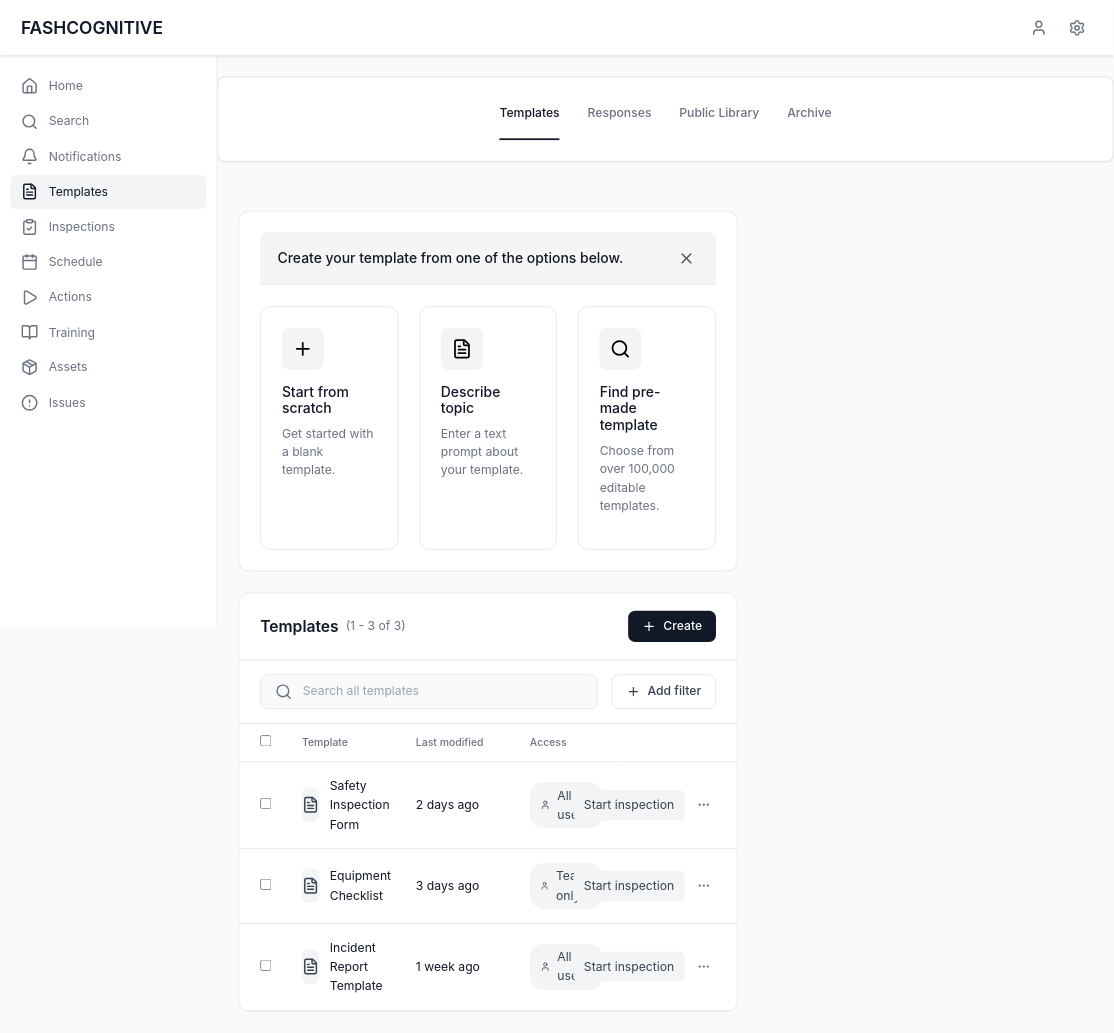
Repository: loganand612/fashcognitive-intern
Page: /template (app in fash/)
These files come from the project's save history. The page is drawn as it stood at one moment and after the next save; the edit follows.
The browser window is 1280 px wide. The pictures show the whole page, at 87% of full size.
The project was rebuilt for these pictures with package versions that can differ from the ones it lists, and the page was loaded fresh each time. Also part of the build but not shown: fash/src/pages/Login.css, fash/src/pages/Register.css, fash/src/pages/Home.tsx, fash/src/pages/Login.tsx, fash/src/pages/Register.tsx, fash/src/pages/Home2.tsx, fash/src/pages/Create_template.tsx, fash/src/pages/Dashboard.tsx. Imported but missing from the stored project, and not drawn on this page: fash/src/pages/assets/head1.mp4.

Above is the page before, as saved 2025-04-12 18:23:51.

### fash/src/index.tsx
import React from 'react';
import ReactDOM from 'react-dom/client';

// Import third-party styles first
import 'bootstrap/dist/css/bootstrap.min.css';
import '@fortawesome/fontawesome-free/css/all.min.css';

// Import page-specific styles last
import './pages/Home.css';
import './pages/Home2.css';
import './pages/Login.css';
import './pages/Register.css';
import './pages/Dashboard.css';
import './pages/Template.css';
import './pages/Create_template.css';

import App from './App';
import reportWebVitals from './reportWebVitals';

const root = ReactDOM.createRoot(
  document.getElementById('root') as HTMLElement
);
root.render(
  <React.StrictMode>
    <App />
  </React.StrictMode>
);

// If you want to start measuring performance in your app, pass a function
// to log results (for example: reportWebVitals(console.log))
// or send to an analytics endpoint. Learn more: https://bit.ly/CRA-vitals
reportWebVitals();

### fash/src/pages/Home.css
/* Reset & Base Styles */
* {
  margin: 0;
  padding: 0;
  box-sizing: border-box;
  font-family: -apple-system, BlinkMacSystemFont, 'Segoe UI', Roboto, sans-serif;
}

body {
  font-family: -apple-system, BlinkMacSystemFont, 'Segoe UI', Roboto, sans-serif;
  background-color: #f8f9fe;
  color: #1f2937;
  line-height: 1.5;
}

/* Layout */
.page-wrapper {
  min-height: 100vh;
  display: flex;
  flex-direction: column;
}

.content-wrapper {
  display: flex;
  flex: 1;
  position: relative;
}

/* Navigation */
.navbar {
  background: white;
  height: 64px;
  padding: 0 2rem;
  box-shadow: 0 1px 3px rgba(0,0,0,0.1);
  display: flex;
  align-items: center;
  justify-content: space-between;
  position: fixed;
  top: 0;
  left: 0;
  right: 0;
  z-index: 1000;
}

.logo {
  font-weight: bold;
  font-size: 1.5rem;
  color: #302d2d;
  text-decoration: none;
  transition: all 0.3s ease;
}

.logo:hover {
  color: #2563eb;
}

.nav-links {
  display: flex;
  gap: 1rem;
  align-items: center;
}

/* Buttons */
.btn {
  padding: 0.5rem 1rem;
  border-radius: 0.375rem;
  border: none;
  cursor: pointer;
  font-size: 0.875rem;
  font-weight: 500;
  text-decoration: none;
  transition: all 0.3s ease;
}

.btn-primary {
  background: #3b82f6;
  color: white;
}

.btn-primary:hover {
  background: #c0ceec;
}

.btn-secondary {
  background: #ffffff;
  border: 1px solid #e5e7eb;
  color: #4b5563;
}

.btn-secondary:hover {
  background: #d2d5da;
}

/* Language Selector */
.language-select {
  position: relative;
}

.language-btn {
  display: flex;
  align-items: center;
  gap: 0.5rem;
  padding: 0.5rem 1rem;
  border: 1px solid #e5e7eb;
  border-radius: 1.5rem;
  background: white;
  cursor: pointer;
  transition: all 0.3s ease;
}

.language-btn:hover {
  border-color: #3b82f6;
}

.language-dropdown {
  position: absolute;
  top: calc(100% + 0.5rem);
  right: 0;
  background: white;
  border-radius: 0.5rem;
  box-shadow: 0 4px 6px rgba(0,0,0,0.1);
  padding: 0.5rem 0;
  display: none;
  min-width: 150px;
  z-index: 1000;
}

.language-select:hover .language-dropdown {
  display: block;
}

.language-option {
  padding: 0.5rem 1rem;
  cursor: pointer;
  transition: all 0.3s ease;
}

.language-option:hover {
  background: #f8f9fe;
  color: #3b82f6;
}

/* Notification Badge */
.notification-badge {
  position: relative;
}

.notification-badge::after {
  content: '';
  position: absolute;
  top: -2px;
  right: -2px;
  width: 8px;
  height: 8px;
  background-color: #ef4444;
  border-radius: 50%;
  border: 2px solid white;
}

/* Sidebar */
.sidebar {
  width: 250px;
  background: white;
  height: calc(100vh - 64px);
  position: fixed;
  top: 64px;
  left: 0;
  padding: 1.5rem 1rem;
  border-right: 1px solid #e5e7eb;
  overflow-y: auto;
  z-index: 100;
}

.sidebar-link {
  display: flex;
  align-items: center;
  padding: 0.75rem 1rem;
  color: #4b5563;
  text-decoration: none;
  border-radius: 0.5rem;
  margin-bottom: 0.5rem;
  transition: all 0.3s ease;
}

.sidebar-link:hover {
  background: #f8f9fe;
  color: #3b82f6;
}

.sidebar-link.active {
  background: #3b82f6;
  color: white;
}

/* Main Content */
.main-content {
  margin-left: 250px;
  margin-top: 64px;
  padding: 5rem;
  width: calc(100% - 250px);
  min-height: calc(100vh - 64px);
}

.landing-content {
  display: flex;
  justify-content: space-between;
  align-items: center;
  gap: 4rem;
  max-width: 1200px;
  margin: 0 auto;
}

.content-left {
  flex: 1;
}

.content-left h1 {
  font-size: 2.5rem;
  color: #1f2937;
  margin-bottom: 2rem;
  line-height: 1.2;
}

.feature-list {
  list-style: none;
}

.feature-list li {
  display: flex;
  align-items: center;
  gap: 1rem;
  margin-bottom: 1rem;
  color: #4b5563;
}

.feature-list li::before {
  content: "";
  width: 20px;
  height: 20px;
  background: #3b82f6;
  border-radius: 50%;
  opacity: 0.2;
}

.qr-container {
  background: white;
  padding: 1rem;
  border-radius: 20px;
  box-shadow: 0 10px 15px rgba(0,0,0,0.1);
  transition: all 0.3s ease;
}

.qr-container:hover {
  transform: translateY(-5px);
  box-shadow: 0 4px 6px rgba(0,0,0,0.1);
}

.qr-code {
  width: 100%;
  max-width: 300px;
}

/* Footer */
.footer {
  background: white;
  padding: 5rem 7rem;
  margin-top: auto;
  margin-left: 250px;
}

.footer-content {
  max-width: 1500px;
  margin: 0 auto;
  display: grid;
  grid-template-columns: repeat(4, 1fr);
  gap: 2rem;
}

.footer-section h3 {
  color: #3b82f6;
  margin-bottom: 1rem;
  font-size: 1.1rem;
}

.footer-section ul {
  list-style: none;
}

.footer-section ul li {
  margin-bottom: 0.5rem;
}

.footer-section ul li a {
  color: #4b5563;
  text-decoration: none;
  transition: all 0.3s ease;
}

.footer-section ul li a:hover {
  color: #3b82f6;
}

.footer-bottom {
  max-width: 1200px;
  margin: 2rem auto 0;
  padding-top: 6rem;
  border-top: 1px solid #e5e7eb;
  text-align: center;
}

.store-buttons {
  display: flex;
  justify-content: center;
  gap: 1rem;
  margin-top: 1rem;
}

.store-buttons img {
  height: 40px;
  transition: all 0.3s ease;
}

.store-buttons img:hover {
  transform: translateY(-2px);
}

/* Mobile Menu Button */
.mobile-menu-btn {
  display: none;
  padding: 0.5rem;
  cursor: pointer;
  background: none;
  border: none;
}

/* Responsive Design */
@media (max-width: 1024px) {
  .sidebar {
      width: 200px;
  }

  .main-content {
      margin-left: 200px;
      width: calc(100% - 200px);
  }

  .footer {
      margin-left: 200px;
  }
}

@media (max-width: 768px) {
  .navbar {
      padding: 0 1rem;
  }

  .mobile-menu-btn {
      display: block;
  }

  .nav-links {
      display: none;
  }

  .nav-links.active {
      display: flex;
      flex-direction: column;
      position: absolute;
      top: 64px;
      left: 0;
      right: 0;
      background: white;
      padding: 1rem;
      box-shadow: 0 4px 6px rgba(0,0,0,0.1);
  }

  .sidebar {
      transform: translateX(-100%);
      transition: transform 0.3s ease;
  }

  .sidebar.active {
      transform: translateX(0);
  }

  .main-content,
  .footer {
      margin-left: 0;
      width: 100%;
  }

  .landing-content {
      flex-direction: column;
      text-align: center;
      padding: 1rem;
  }

  .content-left h1 {
      font-size: 2rem;
  }

  .footer-content {
      grid-template-columns: repeat(2, 1fr);
  }
}

@media (max-width: 480px) {
  .footer-content {
      grid-template-columns: 1fr;
  }
}

### fash/src/pages/Dashboard.css
.dashboard-container {
  display: flex;
  flex-direction: column;
  min-height: 100vh;
}

/* Navbar */
.navbar {
  position: fixed;
  top: 0;
  left: 0;
  right: 0;
  height: 64px;
  background: white;
  border-bottom: 1px solid #e5e7eb;
  display: flex;
  align-items: center;
  justify-content: space-between;
  padding: 0 24px;
  z-index: 50;
}

.navbar-brand {
  font-size: 20px;
  font-weight: 600;
}

.navbar-actions {
  display: flex;
  gap: 8px;
}

.nav-button {
  padding: 8px;
  background: none;
  border: none;
  border-radius: 8px;
  color: #6b7280;
  cursor: pointer;
  transition: all 0.2s;
}

.nav-button:hover {
  background-color: #f3f4f6;
  color: #111827;
}

.nav-icon {
  width: 20px;
  height: 20px;
}

/* Sidebar */
.sidebar {
  position: fixed;
  top: 64px;
  left: 0;
  width: 250px;
  height: calc(100vh - 64px);
  background: white;
  border-right: 1px solid #e5e7eb;
  padding: 16px 12px;
  overflow-y: auto;
}

.sidebar-nav {
  display: flex;
  flex-direction: column;
  gap: 2px;
}

.nav-link {
  display: flex;
  align-items: center;
  padding: 8px 12px;
  color: #6b7280;
  text-decoration: none;
  border-radius: 6px;
  transition: all 0.2s;
}

.nav-link:hover {
  background-color: #f3f4f6;
  color: #111827;
}

.nav-link .nav-icon {
  margin-right: 12px;
}

/* Main Content */
.main-content {
  margin-left: 250px;
  margin-top: 64px;
  padding: 32px;
  background-color: #f9fafb;
  min-height: calc(100vh - 64px);
}

/* Header Section */
.header-section {
  display: flex;
  justify-content: space-between;
  align-items: center;
  margin-bottom: 24px;
}

.page-title {
  font-size: 24px;
  font-weight: 600;
  color: #111827;
}

.user-tags {
  display: flex;
  align-items: center;
  gap: 8px;
}

.user-tag {
  display: flex;
  align-items: center;
  justify-content: center;
  min-width: 32px;
  height: 32px;
  padding: 0 12px;
  background-color: #f3f4f6;
  border-radius: 16px;
  font-size: 14px;
  font-weight: 500;
  color: #374151;
}

.user-count {
  display: flex;
  align-items: center;
  justify-content: center;
  height: 32px;
  padding: 0 12px;
  background-color: #f3f4f6;
  border-radius: 16px;
  font-size: 14px;
  font-weight: 500;
  color: #374151;
}

.add-user-button {
  height: 32px;
  padding: 0 16px;
  background-color: #111827;
  color: white;
  border: none;
  border-radius: 16px;
  font-size: 14px;
  font-weight: 500;
  cursor: pointer;
  transition: background-color 0.2s;
}

.add-user-button:hover {
  background-color: #1f2937;
}

/* Summary Cards */
.summary-cards {
  display: grid;
  grid-template-columns: repeat(3, 1fr);
  gap: 24px;
  margin-bottom: 32px;
}

.summary-card {
  background: white;
  border: 1px solid #e5e7eb;
  border-radius: 12px;
  padding: 24px;
  display: flex;
  align-items: center;
  justify-content: space-between;
}

.card-content {
  display: flex;
  align-items: center;
  gap: 16px;
}

.card-icon {
  width: 48px;
  height: 48px;
  background: #f3f4f6;
  border-radius: 8px;
  display: flex;
  align-items: center;
  justify-content: center;
}

.card-icon .icon {
  width: 24px;
  height: 24px;
  color: #374151;
}

.card-info {
  display: flex;
  flex-direction: column;
}

.card-count {
  font-size: 24px;
  font-weight: 600;
  color: #111827;
  line-height: 1.2;
}

.card-label {
  font-size: 14px;
  color: #6b7280;
}

.card-sublabel {
  font-size: 12px;
  color: #9ca3af;
  margin-top: 2px;
}

.card-arrow {
  width: 20px;
  height: 20px;
  color: #9ca3af;
}

/* Recent Activity */
.recent-activity {
  background: white;
  border: 1px solid #e5e7eb;
  border-radius: 12px;
  overflow: hidden;
}

.section-title {
  font-size: 18px;
  font-weight: 600;
  color: #111827;
  padding: 20px 24px;
  border-bottom: 1px solid #e5e7eb;
}

.activity-list {
  display: flex;
  flex-direction: column;
}

.activity-item {
  display: flex;
  align-items: center;
  justify-content: space-between;
  padding: 16px 24px;
  border-bottom: 1px solid #e5e7eb;
}

.activity-item:last-child {
  border-bottom: none;
}

.activity-info {
  display: flex;
  flex-direction: column;
  gap: 4px;
}

.activity-title {
  font-size: 14px;
  font-weight: 500;
  color: #111827;
}

.activity-meta {
  display: flex;
  gap: 16px;
}

.meta-type,
.meta-date {
  font-size: 14px;
  color: #6b7280;
}

.status-badge {
  padding: 4px 12px;
  border-radius: 16px;
  font-size: 14px;
  font-weight: 500;
}

.status-badge.completed {
  background-color: #f3f4f6;
  color: #111827;
}

.status-badge.in-progress {
  background-color: #f3f4f6;
  color: #6b7280;
}

/* Responsive */
@media (max-width: 1024px) {
  .summary-cards {
    grid-template-columns: repeat(2, 1fr);
  }
}

@media (max-width: 768px) {
  .summary-cards {
    grid-template-columns: 1fr;
  }

  .sidebar {
    width: 64px;
  }

  .nav-link span {
    display: none;
  }

  .main-content {
    margin-left: 64px;
  }
}

### fash/src/pages/Template.css
.app-container {
  min-height: 100vh;
  display: flex;
  flex-direction: column;
  background-color: #f9fafb;
}

/* Navbar */
.navbar {
  position: fixed;
  top: 0;
  left: 0;
  right: 0;
  height: 64px;
  background: white;
  border-bottom: 1px solid #e5e7eb;
  display: flex;
  align-items: center;
  justify-content: space-between;
  padding: 0 24px;
  z-index: 50;
}

.navbar-brand {
  font-size: 20px;
  font-weight: 600;
  color: #111827;
}

.navbar-actions {
  display: flex;
  gap: 8px;
}

.nav-button {
  padding: 8px;
  background: none;
  border: none;
  border-radius: 8px;
  color: #6b7280;
  cursor: pointer;
  transition: all 0.2s;
  display: flex;
  align-items: center;
  justify-content: center;
}

.nav-button:hover {
  background-color: #f3f4f6;
  color: #111827;
}

/* Sidebar */
.sidebar {
  position: fixed;
  top: 64px;
  left: 0;
  width: 250px;
  height: calc(100vh - 64px);
  background: white;
  border-right: 1px solid #e5e7eb;
  padding: 16px 12px;
  overflow-y: auto;
  z-index: 40;
}

.sidebar-nav {
  display: flex;
  flex-direction: column;
  gap: 2px;
}

.nav-link {
  display: flex;
  align-items: center;
  gap: 12px;
  padding: 8px 12px;
  color: #6b7280;
  text-decoration: none;
  border-radius: 6px;
  transition: all 0.2s;
  font-size: 14px;
}

.nav-link:hover {
  background-color: #f3f4f6;
  color: #111827;
}

.nav-link.active {
  background-color: #f3f4f6;
  color: #111827;
}

/* Main Content */
.template-container {
  margin-left: 250px;
  margin-top: 64px;
  min-height: calc(100vh - 64px);
  background-color: #f9fafb;
  flex: 1;
  display: flex;
  flex-direction: column;
}

.template-header {
  position: sticky;
  top: 64px;
  background-color: white;
  border-bottom: 1px solid #e5e7eb;
  z-index: 30;
  margin-bottom: 0;
  width: 100%;
}

.template-tabs {
  max-width: 1200px;
  margin: 0 auto;
  display: flex;
  gap: 32px;
  padding: 0 32px;
  height: 48px; /* Fixed height for the tabs */
  align-items: center;
}

.tab {
  padding: 0 0 14px 0;
  font-size: 14px;
  font-weight: 500;
  color: #6b7280;
  background: none;
  border: none;
  border-bottom: 2px solid transparent;
  cursor: pointer;
  transition: all 0.2s;
  height: 100%;
  display: flex;
  align-items: center;
}

.tab:hover {
  color: #111827;
}

.tab.active {
  color: #111827;
  border-bottom-color: #111827;
}

.template-content {
  max-width: 1200px;
  width: 100%;
  margin: 0 auto;
  padding: 16px 32px;
  flex: 1;
}

/* Creation Section */
.creation-section {
  background: white;
  border-radius: 12px;
  border: 1px solid #e5e7eb;
  margin-top: 0;
  margin-bottom: 24px;
  padding: 24px;
  width: 100%;
}

.section-header {
  display: flex;
  justify-content: space-between;
  align-items: center;
  margin-bottom: 24px;
  width: 100%;
}

.section-header h2 {
  font-size: 16px;
  font-weight: 500;
  color: #111827;
  margin: 0;
}

.close-button {
  padding: 8px;
  background: none;
  border: none;
  border-radius: 8px;
  color: #6b7280;
  cursor: pointer;
  transition: all 0.2s;
  display: flex;
  align-items: center;
  justify-content: center;
}

.close-button:hover {
  background-color: #f3f4f6;
  color: #111827;
}

.creation-options {
  display: grid;
  grid-template-columns: repeat(3, 1fr);
  gap: 24px;
  width: 100%;
}

.option-card {
  background: white;
  border: 1px solid #e5e7eb;
  border-radius: 12px;
  padding: 24px;
  cursor: pointer;
  transition: all 0.2s;
  height: 100%;
  display: flex;
  flex-direction: column;
}

.option-card:hover {
  border-color: #9ca3af;
}

.option-icon {
  width: 48px;
  height: 48px;
  background: #f3f4f6;
  border-radius: 8px;
  display: flex;
  align-items: center;
  justify-content: center;
  margin-bottom: 16px;
  flex-shrink: 0;
}

.option-card h3 {
  font-size: 16px;
  font-weight: 500;
  color: #111827;
  margin-bottom: 8px;
  margin-top: 0;
}

.option-card p {
  font-size: 14px;
  color: #6b7280;
  line-height: 1.5;
}

/* Templates Section */
.templates-section {
  background: white;
  border-radius: 12px;
  border: 1px solid #e5e7eb;
  overflow: hidden;
  width: 100%;
  margin-top: 0;
}

.templates-header {
  display: flex;
  justify-content: space-between;
  align-items: center;
  padding: 20px 24px;
  border-bottom: 1px solid #e5e7eb;
  width: 100%;
}

.templates-header h2 {
  font-size: 18px;
  font-weight: 600;
  color: #111827;
  display: flex;
  align-items: center;
  gap: 8px;
  margin: 0;
}

.count {
  font-size: 14px;
  font-weight: normal;
  color: #6b7280;
}

.create-button {
  display: flex;
  align-items: center;
  gap: 8px;
  padding: 8px 16px;
  background-color: #111827;
  color: white;
  border: none;
  border-radius: 8px;
  font-size: 14px;
  font-weight: 500;
  cursor: pointer;
  transition: background-color 0.2s;
  text-decoration: none;
  height: 36px;
}

.create-button:hover {
  background-color: #1f2937;
}

.search-controls {
  display: flex;
  gap: 16px;
  padding: 16px 24px;
  border-bottom: 1px solid #e5e7eb;
  width: 100%;
}

.search-field {
  flex: 1;
  display: flex;
  align-items: center;
  gap: 12px;
  padding: 8px 16px;
  background: #f9fafb;
  border: 1px solid #e5e7eb;
  border-radius: 8px;
  height: 40px;
}

.search-icon {
  color: #6b7280;
}

.search-field input {
  flex: 1;
  border: none;
  background: none;
  font-size: 14px;
  color: #111827;
  outline: none;
}

.search-field input::placeholder {
  color: #9ca3af;
}

.filter-button {
  display: flex;
  align-items: center;
  gap: 8px;
  padding: 8px 16px;
  background: white;
  border: 1px solid #e5e7eb;
  border-radius: 8px;
  font-size: 14px;
  font-weight: 500;
  color: #374151;
  cursor: pointer;
  transition: all 0.2s;
  height: 40px;
  white-space: nowrap;
}

.filter-button:hover {
  background: #f9fafb;
  border-color: #9ca3af;
}

/* Table Styles */
.templates-table {
  width: 100%;
  overflow-x: auto;
}

table {
  width: 100%;
  border-collapse: collapse;
  table-layout: fixed;
}

th {
  padding: 12px 24px;
  font-size: 12px;
  font-weight: 500;
  color: #6b7280;
  text-align: left;
  border-bottom: 1px solid #e5e7eb;
}

td {
  padding: 16px 24px;
  font-size: 14px;
  color: #111827;
  border-bottom: 1px solid #e5e7eb;
}

.checkbox-column {
  width: 48px;
  padding-right: 0;
}

.template-cell {
  display: flex;
  align-items: center;
  gap: 12px;
}

.template-icon {
  width: 40px;
  height: 40px;
  background: #f3f4f6;
  border-radius: 8px;
  display: flex;
  align-items: center;
  justify-content: center;
  color: #374151;
}

.access-badge {
  display: inline-flex;
  align-items: center;
  gap: 8px;
  padding: 4px 12px;
  background: #f3f4f6;
  border-radius: 16px;
  font-size: 14px;
  color: #374151;
}

.action-buttons {
  display: flex;
  align-items: center;
  gap: 8px;
  justify-content: flex-end;
  white-space: nowrap;
}

.start-inspection {
  padding: 6px 12px;
  background: #f3f4f6;
  border: none;
  border-radius: 6px;
  font-size: 14px;
  color: #374151;
  cursor: pointer;
  transition: all 0.2s;
}

.start-inspection:hover {
  background: #e5e7eb;
}

.more-options {
  padding: 6px;
  background: none;
  border: none;
  border-radius: 6px;
  color: #6b7280;
  cursor: pointer;
  transition: all 0.2s;
  display: flex;
  align-items: center;
  justify-content: center;
}

.more-options:hover {
  background: #f3f4f6;
  color: #374151;
}

/* Responsive */
@media (max-width: 1024px) {
  .creation-options {
    grid-template-columns: repeat(2, 1fr);
  }

  .search-controls {
    flex-wrap: wrap;
  }

  .search-field {
    min-width: 200px;
  }
}

@media (max-width: 768px) {
  .creation-options {
    grid-template-columns: 1fr;
  }

  .template-tabs {
    gap: 16px;
    padding: 0 16px;
  }

  .template-content {
    padding: 16px;
  }

  .templates-header {
    flex-direction: column;
    align-items: flex-start;
    gap: 16px;
  }

  .create-button {
    align-self: flex-start;
  }

  .search-controls {
    flex-direction: column;
  }

  .filter-button {
    align-self: flex-start;
  }
}

### fash/src/App.tsx
import { BrowserRouter as Router, Route, Routes } from 'react-router-dom';
import Home from './pages/Home';
import Login from './pages/Login';
import Register from './pages/Register';
import Home2 from './pages/Home2';
import Create_template from './pages/Create_template';
import Dashboard from './pages/Dashboard';
import Template from './pages/Template_page';

function App() {
    return (
        <div className="app-container">
            <Router>
                <div className="page-container">
                    <div className="content-container">
                        <Routes>
                            <Route path="/" element={<Home2 />} />
                            <Route path="/login" element={<Login />} />
                            <Route path="/register" element={<Register />} />
                            <Route path="/homee" element={<Home />} />
                            <Route path="/ct" element={<Create_template />} />
                            <Route path="/dashboard" element={<Dashboard />} />
                            <Route path="template" element={<Template />} />
                        </Routes>
                    </div>
                </div>
            </Router>
        </div>
    );
}

export default App;

### fash/src/reportWebVitals.ts
import { onCLS, onFID, onFCP, onLCP, onTTFB } from 'web-vitals';

const reportWebVitals = (onPerfEntry?: (metric: any) => void) => {
  if (onPerfEntry && onPerfEntry instanceof Function) {
    onCLS(onPerfEntry);
    onFID(onPerfEntry);
    onFCP(onPerfEntry);
    onLCP(onPerfEntry);
    onTTFB(onPerfEntry);
  }
};

export default reportWebVitals;

Loaded but not shown: fash/public/index.html (common file); fash/src/pages/Create_template.css (2714 lines, source omitted); fash/src/pages/Home2.css (1263 lines, source omitted); fash/src/pages/Template_page.tsx (192 lines, source omitted)

After the next save:
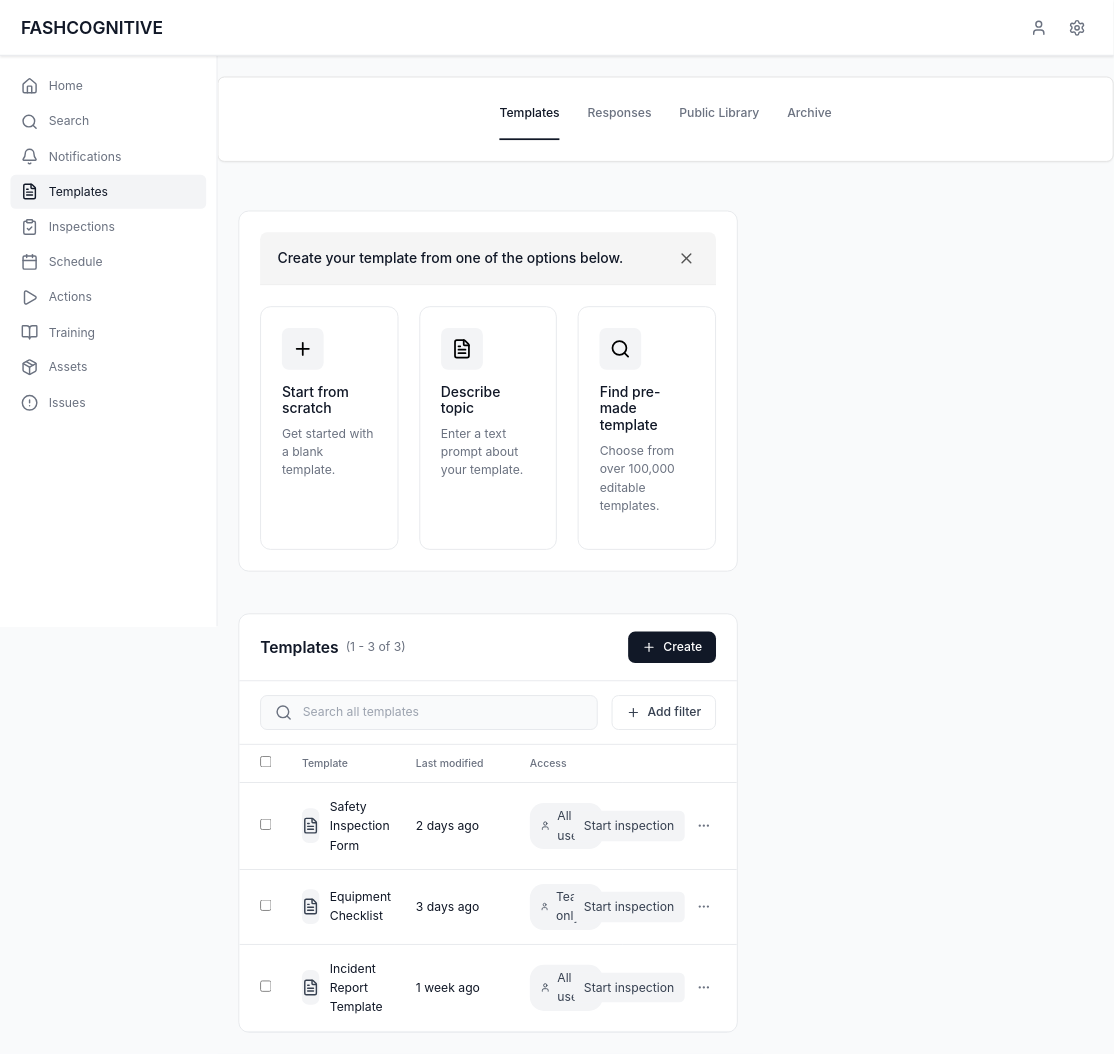
Saved 11 s later.
--- a/fash/src/pages/Template.css
+++ b/fash/src/pages/Template.css
@@ -153,6 +153,9 @@
   margin: 0 auto;
   padding: 16px 32px;
   flex: 1;
+  display: flex;
+  flex-direction: column;
+  gap: 24px;
 }
 
 /* Creation Section */
